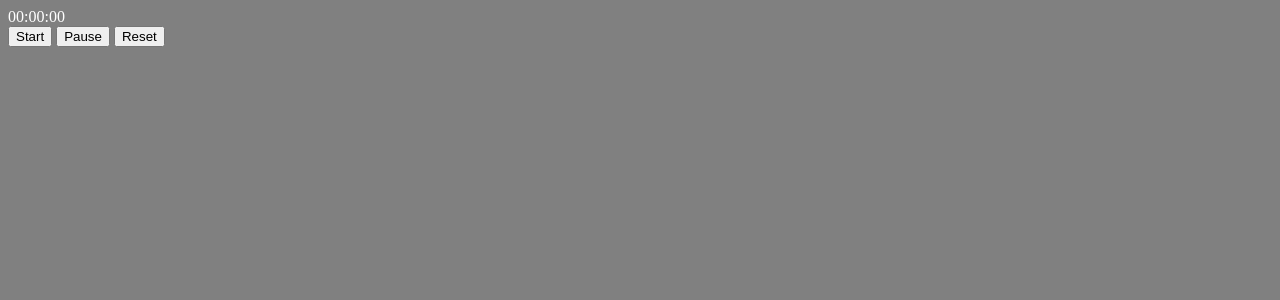
Repository: albinsabu2023/Stopwatch-program
Page: index.html
These files come from the project's save history. The page is drawn as it stood at one moment and after the next save; the edit follows.
The browser window is 1280 px wide. The pictures show the whole page.

Above is the page before, as saved 2023-03-03 23:10:56.

After the next save:
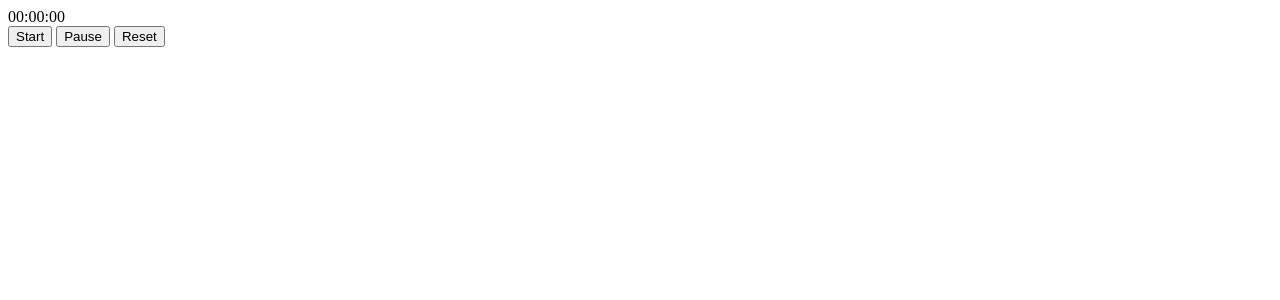
Saved 9 s later.
--- a/style.css
+++ b/style.css
@@ -1,9 +1,6 @@
-body{
-color:white;
-background-color: gray;
-}
 
-#containter{
+
+.containter{
     display: flex;
     align-items: center;
     justify-content: center;
